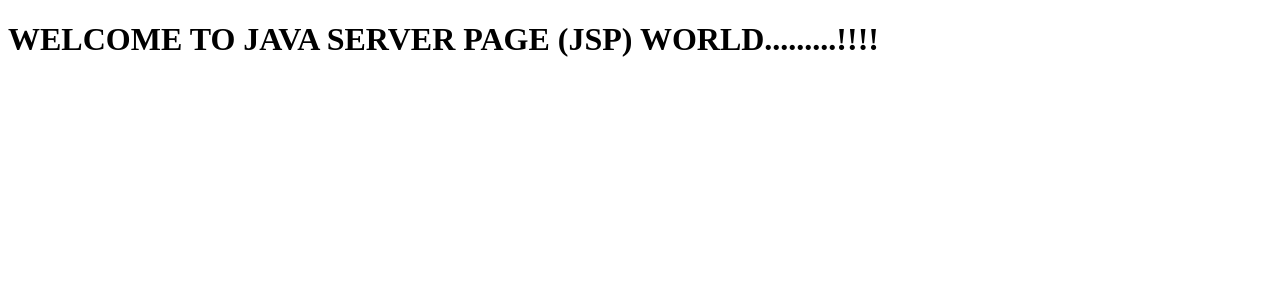
Repository: vaibhaokamble/MY_INSTITUTE_PUNE
Page: http://localhost/JSPApplication/first.jsp
The author's editor kept a copy of each file at every save. The page is drawn from the files as they stood at one save, then again after the next save.
The browser window is 1280 px wide. The pictures show the whole page.
The page is served by Tomcat 9.

Above is the page before, as saved 2022-10-17 13:39:05.

After the next save:
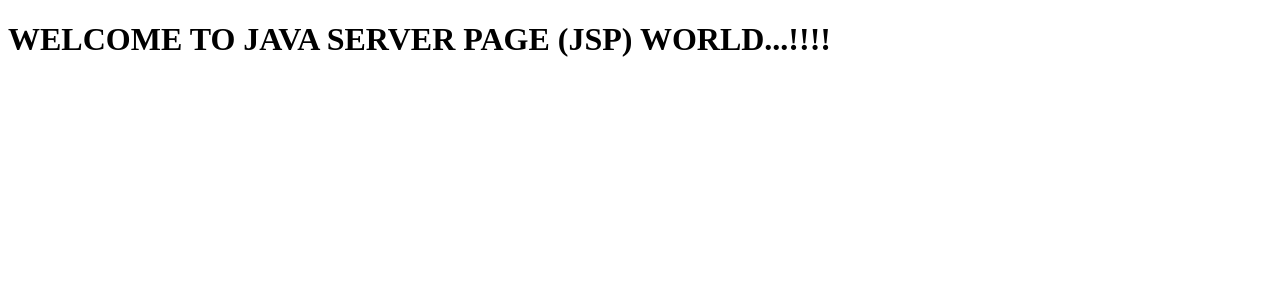
Saved 88 s later.
--- a/JSP/JSPApplication/src/main/webapp/first.jsp
+++ b/JSP/JSPApplication/src/main/webapp/first.jsp
@@ -7,6 +7,6 @@
 <title>Insert title here</title>
 </head>
 <body>
-<h1> WELCOME TO JAVA SERVER PAGE (JSP) WORLD.........!!!!</h1>
+<h1> WELCOME TO JAVA SERVER PAGE (JSP) WORLD...!!!!</h1>
 </body>
 </html>
